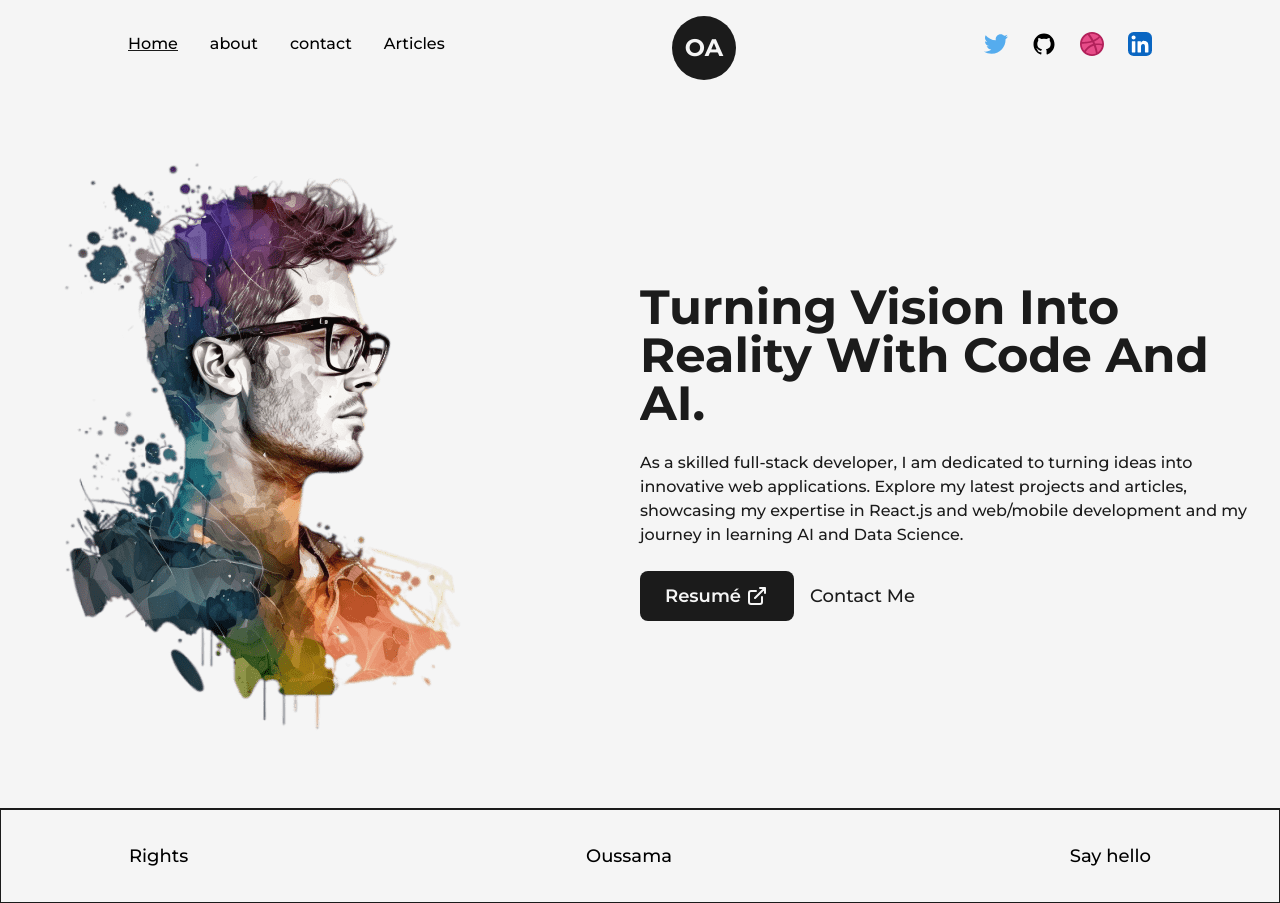
Repository: OussamaAbderraoufAttia/Next.js-Developer-Portfolio
Page: /
These files come from the project's save history. The page is drawn as it stood at one moment and after the next save; the edit follows.
The browser window is 1280 px wide. The pictures show the whole page.
The project was rebuilt for these pictures with package versions that can differ from the ones it lists, and the page was loaded fresh each time. The framework's server and built-in components were replaced by stand-ins that run in the browser. Also part of the build but not shown: next.config.js.

Above is the page before, as saved 2023-06-25 00:24:27.

After the next save:
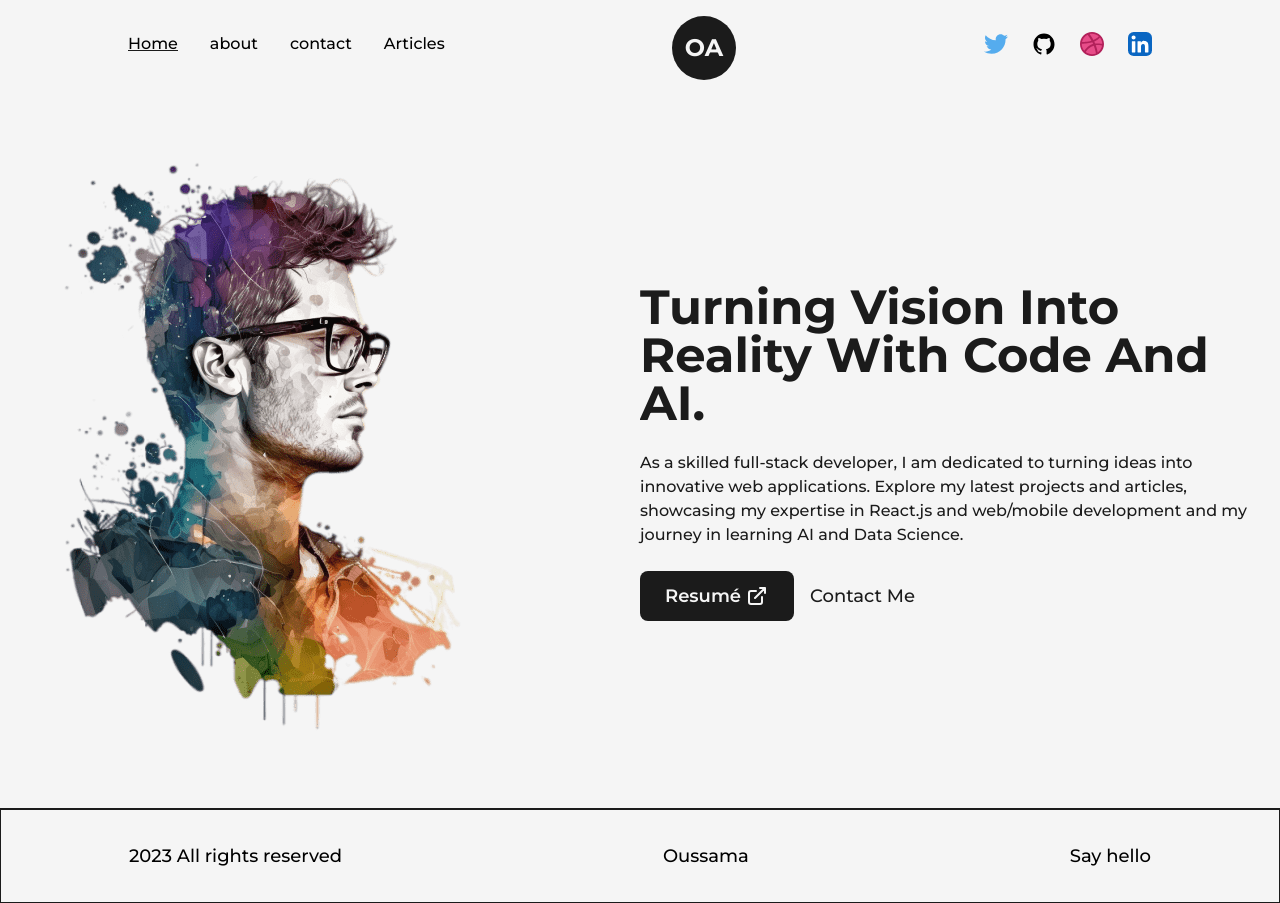
Saved 4 min 28 s later.
--- a/src/components/Footer.js
+++ b/src/components/Footer.js
@@ -10,7 +10,7 @@
       '>
         <Layout className=' py-8 flex items-center justify-between '>
         <span>
-            Rights
+            2023 All rights reserved
         </span>
         <Link href="/" >
             Oussama
